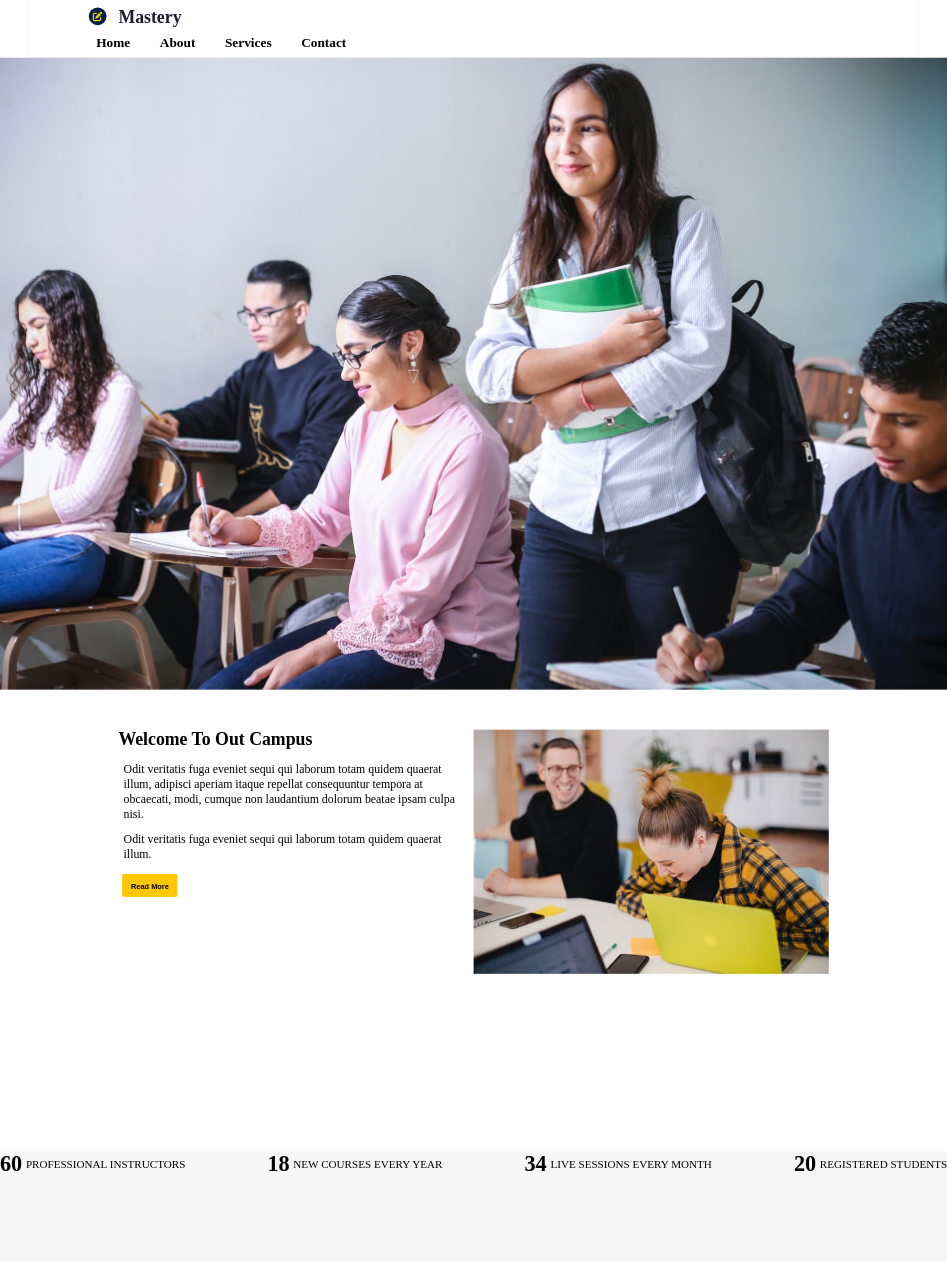
Repository: trminhphuc1504/Mastery
Page: index.html
An editor plug-in stored every save of this project. The page is shown before and after the next save, followed by the edit.
The browser window is 1280 px wide. The pictures show the whole page, at 74% of full size.
Some web libraries are served in a nearby version.

Above is the page before, as saved 2024-08-24 12:16:23.

After the next save:
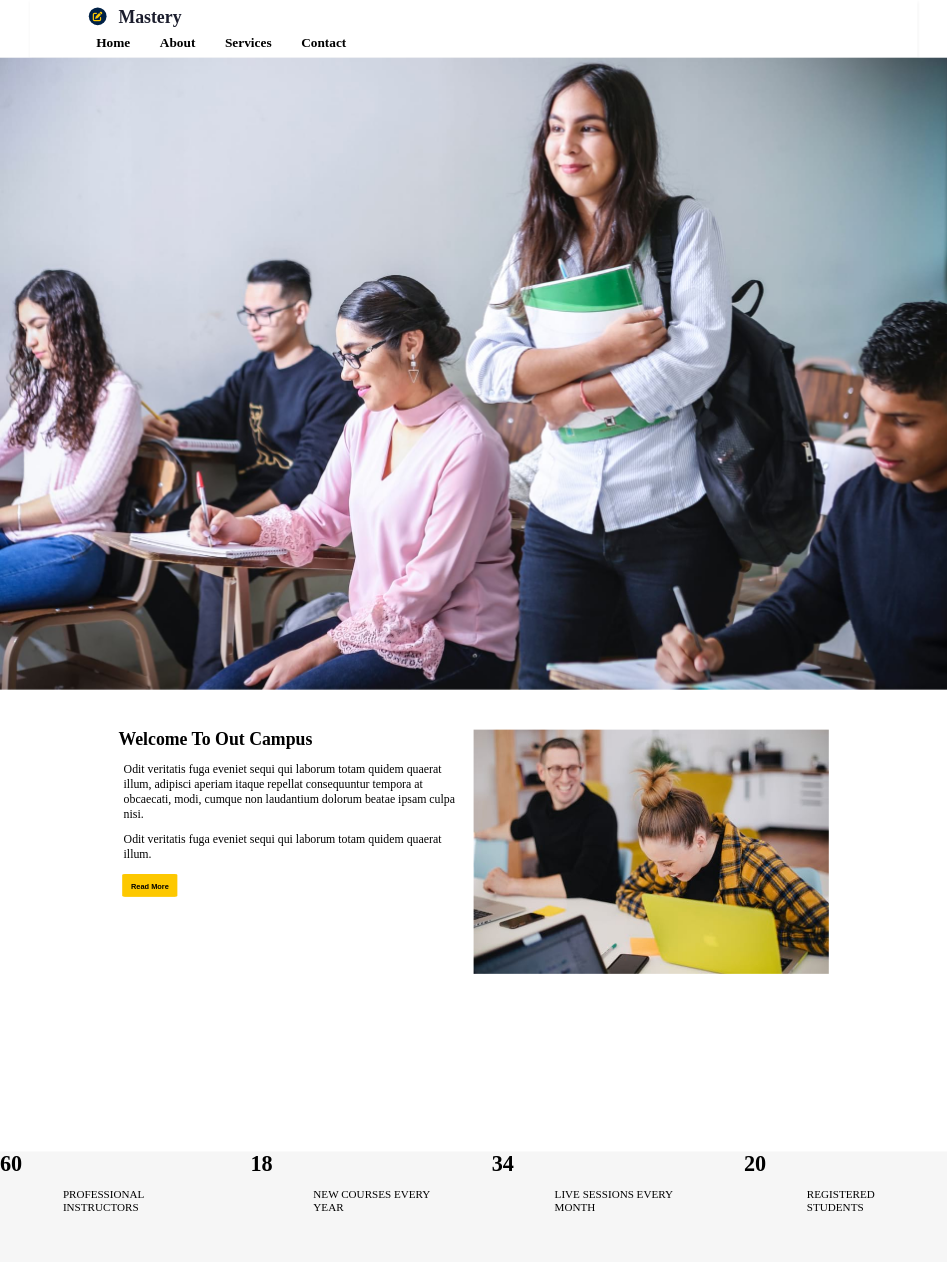
Saved 2 min 54 s later.
--- a/css/style.css
+++ b/css/style.css
@@ -168,5 +168,5 @@ header{
 .content-content .content-item p{
     text-transform: uppercase;
     font-size: 15px;
-    padding-top: 10px;
+    padding: 50px;
 }
